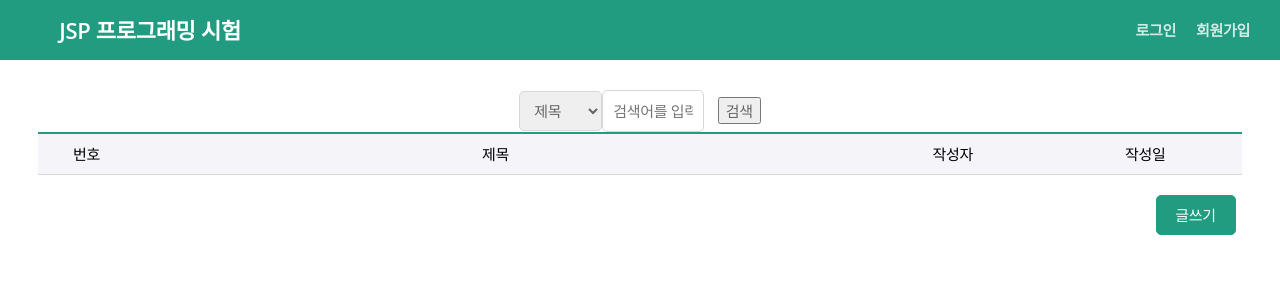
Repository: yujin149/noticeJSP
Page: http://localhost/BBS/bbs.jsp
The author's editor kept a copy of each file at every save. The page is drawn from the files as they stood at one save, then again after the next save.
The browser window is 1280 px wide. The pictures show the whole page.
Some web libraries are served in a nearby version. The page is served by Tomcat 9. Other server files are loaded and not shown. Queries for data that is not in the repository find no rows.

Above is the page before, as saved 2024-11-29 06:43:43.

### BBS/src/main/webapp/bbs.jsp
<%@ page language="java" contentType="text/html; charset=UTF-8"
	pageEncoding="UTF-8"%>
<%@ page import="java.io.PrintWriter"%>
<%@ page import="bbs.BbsDAO"%>
<%@ page import="bbs.Bbs"%>
<%@ page import="java.util.ArrayList"%><!-- 게시판 목록을 출력하기 위해 -->
<!DOCTYPE html>
<html>
<head>
<meta charset="UTF-8">
<meta name="viewport" content="width=device-width" , initial-scale="1">
<link rel="stylesheet" href="css/reset.css">
<link rel="stylesheet" href="css/font.css">
<link rel="stylesheet" href="css/style.css">
<title>JSP 프로그래밍 시험</title>


</head>
<body>
	<div class="bbsWrap">
		<%
		String userID = null;
		if (session.getAttribute("userID") != null) {
			userID = (String) session.getAttribute("userID");
		}

		int pageNumber = 1;
		if (request.getParameter("pageNumber") != null) {
			pageNumber = Integer.parseInt(request.getParameter("pageNumber"));
		}
		%>
		<nav class="navWrap">
			<h1>
				<a href="bbs.jsp">JSP 프로그래밍 시험</a>
			</h1>

			<%
			if (userID == null) {
			%>
			<ul class="userMenu">
				<li><a href="login.jsp">로그인</a></li>
				<li><a href="join.jsp">회원가입</a></li>
			</ul>
			<%
			} else {
			%>
			<ul class="userMenu">
				<li><a href="logoutAction.jsp">로그아웃</a></li>
			</ul>
			<%
			}
			%>
		</nav>

		<div class="container">

			<div class="searchWrap">
				<form action="searchAction.jsp" method="get">
					<select name="searchField">
						<option value="bbsTitle">제목</option>
						<option value="userID">작성자</option>
					</select>
					<div class="search">
						<input type="text" name="searchText" placeholder="검색어를 입력해주세요.">
						<button type="submit" class="btn">검색</button>
					</div>
				</form>
			</div>
			<div class="tableWrap">
				<table>
					<colgroup>
						<col style="width: 8%">
						<col style="width: *">
						<col style="width: 16%">
						<col style="width: 16%">
					</colgroup>
					<thead>
						<tr>
							<th>번호</th>
							<th>제목</th>
							<th>작성자</th>
							<th>작성일</th>

						</tr>
					</thead>
					<tbody>
						<%
						BbsDAO bbsDAO = new BbsDAO();
						ArrayList<Bbs> list = bbsDAO.getList(pageNumber);
						for (int i = 0; i < list.size(); i++) {
						%>
						<tr>
							<td><%=list.get(i).getBbsNum()%></td>
							<td style="text-align: left;"><a
								href="view.jsp?bbsID=<%=list.get(i).getBbsNum()%>"> <%=list.get(i).getBbsTitle().replaceAll(" ", "&nbsp;").replaceAll("<", "&lt;").replaceAll(">", "&gt;")
		.replaceAll("\n", "<br>")%></a></td>

							<td><%=list.get(i).getUserID()%></td>
							<td><%=list.get(i).getBbsDate().substring(0, 11)%></td>
						</tr>
						<%
						}
						%>
					</tbody>

				</table>

			</div>
			<div class="btnWrap">
				<div class="prevnextBtn">
					<%
					if (pageNumber != 1) {
					%>
					<a href="bbs.jsp?pageNumber=<%=pageNumber - 1%>"
						class="btn btn-success btn-arraw-left">이전</a>
					<%
					}
					if (bbsDAO.nextPage(pageNumber + 1)) {
					%>
					<a href="bbs.jsp?pageNumber=
				<%=pageNumber + 1%>"
						class="btn btn-success btn-arraw-left">다음</a>
					<%
					}
					%>
				</div>
				<a href="write.jsp" class="btn btn-primary pull-right green-btn">글쓰기</a>
			</div>
		</div>
	</div>

	<script src="http://code.jquery.com/jquery-3.1.1.min.js"></script>
</body>
</html>

### BBS/src/main/java/bbs/BbsDAO.java
package bbs;

import java.sql.Connection;
import java.sql.DriverManager;
import java.sql.PreparedStatement;
import java.sql.ResultSet;
import java.util.ArrayList;

public class BbsDAO {
	private Connection conn;
	private ResultSet rs;

	public BbsDAO()
	{
		try
		{
			String dbURL = "jdbc:mysql://localhost:3306/testjsp";

			String dbID = "root";
			String dbPassword = "1234";
			Class.forName("com.mysql.jdbc.Driver");

			conn = DriverManager.getConnection(dbURL, dbID, dbPassword);
		}catch(Exception e)
		{
			e.printStackTrace();
		}
	}

	// 게시판 글쓰기를 위한 함수
	public String getDate()
	{
		String SQL = "SELECT NOW()";
		try {
			PreparedStatement pstmt = conn.prepareStatement(SQL);
			rs = pstmt.executeQuery();

			if(rs.next()) {
				return rs.getString(1);
			}

		} catch(Exception e) {
			e.printStackTrace();
		}
		return "";
	}

	public int getNext() // 게시글 번호 입력 함수
	{
		String SQL = "SELECT bbsNum FROM BBS ORDER BY bbsNum DESC";
		try {
			PreparedStatement pstmt = conn.prepareStatement(SQL);
			rs = pstmt.executeQuery();

			if(rs.next()) {
				return rs.getInt(1) + 1;
			}
			return 1;

		} catch(Exception e) {
			e.printStackTrace();
		}
		return -1;
	}

	public int write(String bbsTitle, String userID, String bbsContent)
	{
		String SQL = "INSERT INTO BBS VALUES (?, ?, ?, ?, ?, ?)";

		try {
			PreparedStatement pstmt = conn.prepareStatement(SQL);
			pstmt.setInt(1, getNext());
			pstmt.setString(2, bbsTitle);
			pstmt.setString(3, userID);
			pstmt.setString(4, getDate());
			pstmt.setString(5, bbsContent);
			pstmt.setInt(6, 1);

			return pstmt.executeUpdate();

		} catch(Exception e) {
			e.printStackTrace();
		}
		return -1;
	}

	public ArrayList<Bbs> getList(int pageNumber)
	{
		String SQL = "SELECT * FROM BBS WHERE bbsNum < ?  AND bbsAvailable = 1 ORDER BY bbsNum DESC LIMIT 10";

		ArrayList<Bbs> list = new ArrayList<Bbs>();
		try {
			PreparedStatement pstmt = conn.prepareStatement(SQL);
			pstmt.setInt(1, getNext() - (pageNumber - 1) * 10);

			rs = pstmt.executeQuery();

			while(rs.next()) {
				Bbs bbs = new Bbs();
				bbs.setBbsNum(rs.getInt(1));
				bbs.setBbsTitle(rs.getString(2));
				bbs.setUserID(rs.getString(3));
				bbs.setBbsDate(rs.getString(4));
				bbs.setBbsContent(rs.getString(5));
				bbs.setBbsAvailable(rs.getInt(6));
			    list.add(bbs);
			}
		} catch(Exception e) {
			e.printStackTrace();
		}
		return list;
	}

	public boolean nextPage(int pageNumber)
	{
		String SQL = "SELECT * FROM BBS WHERE bbsNum < ?  AND bbsAvailable = 1 ORDER BY bbsNUm DESC LIMIT 10";

		try {
			PreparedStatement pstmt = conn.prepareStatement(SQL);
			pstmt.setInt(1, getNext() - (pageNumber - 1) * 10);

			rs = pstmt.executeQuery();

			if(rs.next()) {
				return true;
			}
		} catch(Exception e) {
			e.printStackTrace();
		}
		return false;
	}

	public Bbs getBbs(int bbsNum) {
		String SQL = "SELECT * FROM BBS WHERE bbsNum = ?";
		try {
			PreparedStatement pstmt = conn.prepareStatement(SQL);
	        pstmt.setInt(1, bbsNum);
	        rs = pstmt.executeQuery();

			if(rs.next()) {
	            Bbs bbs = new Bbs();
	            bbs.setBbsNum(rs.getInt(1));
	            bbs.setBbsTitle(rs.getString(2));
	            bbs.setUserID(rs.getString(3));
	            bbs.setBbsDate(rs.getString(4));
	            bbs.setBbsContent(rs.getString(5));
	            bbs.setBbsAvailable(rs.getInt(6));
	            return bbs;
	        }
		} catch(Exception e) {
	        e.printStackTrace();
	    }
		return null;
	}

	public int update(int bbsNum, String bbsTitle, String bbsContent) {
		String SQL = "UPDATE BBS SET bbsTitle = ?, bbsContent =? WHERE bbsNum = ?";
		try {
			PreparedStatement pstmt = conn.prepareStatement(SQL);
			pstmt.setString(1, bbsTitle);
			pstmt.setString(2, bbsContent);
			pstmt.setInt(3, bbsNum);
			return pstmt.executeUpdate();
		}catch(Exception e){
			e.printStackTrace();
		}
		return -1;
	}

	public int delete(int bbsNum) {
		String SQL = "UPDATE BBS SET bbsAvailable = 0 WHERE bbsNum = ?";
		try {
			PreparedStatement pstmt = conn.prepareStatement(SQL);
			pstmt.setInt(1, bbsNum);
			return pstmt.executeUpdate();
		}catch(Exception e){
			e.printStackTrace();
		}
		return -1;
	}


	public ArrayList<Bbs> getSearch(String searchField, String searchText) {
	    String SQL = "";
	    ArrayList<Bbs> list = new ArrayList<Bbs>();

	    try {
	        if(searchField.equals("bbsTitle")) {
	            SQL = "SELECT * FROM BBS WHERE bbsTitle LIKE ? AND bbsAvailable = 1 ORDER BY bbsNum DESC";
	        } else if(searchField.equals("userID")) {
	            SQL = "SELECT * FROM BBS WHERE userID LIKE ? AND bbsAvailable = 1 ORDER BY bbsNum DESC";
	        }

	        PreparedStatement pstmt = conn.prepareStatement(SQL);
	        pstmt.setString(1, "%" + searchText + "%");
	        rs = pstmt.executeQuery();

	        while(rs.next()) {
	            Bbs bbs = new Bbs();
	            bbs.setBbsNum(rs.getInt(1));
	            bbs.setBbsTitle(rs.getString(2));
	            bbs.setUserID(rs.getString(3));
	            bbs.setBbsDate(rs.getString(4));
	            bbs.setBbsContent(rs.getString(5));
	            bbs.setBbsAvailable(rs.getInt(6));
	            list.add(bbs);
	        }
	    } catch(Exception e) {
	        e.printStackTrace();
	    }
	    return list;
	}

}

### BBS/src/main/webapp/css/reset.css
@charset "UTF-8";

html, body, div, span, applet, object, iframe,
h1, h2, h3, h4, h5, h6, p, blockquote, pre,
a, abbr, acronym, address, big, cite, code,
del, dfn, em, img, ins, kbd, q, s, samp,
small, strike, strong, sub, sup, tt, var,
b, u, i, center,
dl, dt, dd, ol, ul, li,
fieldset, form, label, legend,
table, caption, tbody, tfoot, thead, tr, th, td,
article, aside, canvas, details, embed,
figure, figcaption, footer, header, hgroup,
menu, nav, output, ruby, section, summary,
time, mark, audio, video {
	margin: 0;
	padding: 0;
	border: 0;
	font-size: 100%;
	font: inherit;
	vertical-align: inherit;
	box-sizing:border-box;
	transition:all .3s;
}
/* HTML5 display-role reset for older browsers */
article, aside, details, figcaption, figure,
footer, header, hgroup, menu, nav, section {
	display: block;
}
body {
	line-height: 1;
}
ol, ul {
	list-style: none;
}
blockquote, q {
	quotes: none;
}
blockquote:before, blockquote:after,
q:before, q:after {
	content: '';
	content: none;
}
table {
	border-collapse: collapse;
	border-spacing: 0;
}

button,
input,
select,
textarea {
	font-family: inherit; /* 1 */
	font-size: 100%; /* 2 */
	margin: 0; /* 3 */
}

button,
input {
	line-height: normal;
}

button,
select {
	text-transform: none;
}

button,
html input[type="button"], /* 1 */
input[type="reset"],
input[type="submit"] {
	-webkit-appearance: button; /* 2 */
	cursor: pointer; /* 3 */
}

button[disabled],
html input[disabled] {
	cursor: default;
    background: #f5f5f5;
    color:#666;
}

input[type="checkbox"],
input[type="radio"] {
	box-sizing: border-box; /* 1 */
	padding: 0; /* 2 */
}

input[type="search"] {
	-webkit-appearance: textfield; /* 1 */
	-moz-box-sizing: content-box;
	-webkit-box-sizing: content-box; /* 2 */
	box-sizing: content-box;
}

input[type="search"]::-webkit-search-cancel-button,
input[type="search"]::-webkit-search-decoration {
	-webkit-appearance: none;
}

button::-moz-focus-inner,
input::-moz-focus-inner {
	border: 0;
	padding: 0;
}

textarea {
	overflow: auto; /* 1 */
	vertical-align: top; /* 2 */
}
a {text-decoration:none;}
address {font-style:normal;}

caption {display:none}

### BBS/src/main/webapp/css/font.css
@charset "UTF-8";

@font-face {
    font-family: "Noto Sans KR";
    src: url('https://fonts.googleapis.com/css2?family=Noto+Sans+KR:wght@100;300;400;500;700;900&display=swap');
         unicode-range: U+AC00-D7A3;
        }

@font-face {
    font-family: 'roboto';
    src: url('https://fonts.googleapis.com/css2?family=Roboto:wght@100;300;400;500;700;900&display=swap');
         unicode-range: U+0030-0039;
}


html, body, table, input, textarea, nav, button, div, p, span,
#main_wrap span, h1, h2, h3, h4, h6, tr, td, ol, ul, li, select, pre {
    font-size:15px;
    font-family:"Noto Sans KR","roboto","Open Sans",Malgun Gothic,"맑은 고딕",AppleGothic,Dotum,"돋움",sans-serif;
    color:#666;letter-spacing: -0.3px; font-weight: 400;
}


.notosanskr {
 font-family: 'Noto Sans KR', sans-serif;
}

.roboto {
 font-family: 'roboto', sans-serif;
}

### BBS/src/main/webapp/css/style.css
@charset "UTF-8";
.bbsWrap{width:100%; margin:0 auto;}
.navWrap{width:100%; height:60px; background:#219c80; display:flex;
justify-content: space-between; align-items: center;padding: 0 30px;}
.navWrap h1 a{color:#fff; font-size:22px; font-weight:600; display:flex;
justify-content: center; align-items: center; width:240px; height:60px;}

.navWrap .userMenu{display:flex; justify-content: flex-end; align-items: center;}
.navWrap .userMenu a{color:rgba(255,255,255,0.8); font-size:15px; padding:0 10px;
font-weight:600;}
.navWrap .userMenu li:last-child a{padding-right:0;}
.navWrap .userMenu li.active a{color:#fff;}
.navWrap .userMenu a:hover{color:#fff;}


.bbsWrap .container{width:94%; margin:30px auto 0;}
.bbsWrap .container .tableWrap{width:100%; border-top: 2px solid #219c80;
border-bottom: 1px solid #d7d7d7;}

.bbsWrap .container .tableWrap table{table-layout: fixed; border-collapse: collapse;
width:100%;}
.bbsWrap .container .tableWrap table tr th{display:table-cell; vertical-align:middle; padding:0 10px; background: #f4f4f9;
height: 40px; font-size: 15px; color:#000;}
.bbsWrap .container .tableWrap table tr td{display:table-cell; vertical-align:middle; padding:0 10px; font-size: 15px;
border-top: 1px solid #d7d7d7; line-height: 1.3; height: 50px; text-align: center; cursor:pointer;}

.bbsWrap .container .tableWrap table tr td a{color:#666; display:block;}

.bbsWrap .container .tableWrap table tr:hover td{background:#f4f4f9;}

.bbsWrap .container .tableWrap.writeTable table tr td{border-top:none; border-bottom:1px solid #d7d7d7; padding:0; cursor:auto;}
.bbsWrap .container .tableWrap.writeTable table tr:hover td, .bbsWrap .container .tableWrap.viewTable table tr:hover td{background:inherit;}
.bbsWrap .container .writeTable table tr td input{width:100%; height:100%; border:none; padding:0 20px; outline:none;}
.bbsWrap .container .writeTable table tr td textarea{width:100%; min-height:580px; border:none; padding:20px; outline:none;
resize:none;}

.bbsWrap .container .tableWrap.viewTable table tr th{height:50px;}
.bbsWrap .container .viewTable table tr td{cursor:auto;}
.bbsWrap .container .viewTable table tr td.tit {color:#000; background:#f4f4f9;}
.bbsWrap .container .viewTable table tr:hover td.tit {color:#000; background:#f4f4f9;}
.bbsWrap .container .viewTable table tr td.text {text-align:left;}
.bbsWrap .container .viewTable table tr td.textBox{padding:20px;}


.btnWrap{display:flex;justify-content: space-between; align-items: center; margin-top:20px;}
.btnWrap .prevnextBtn{display:flex;}
.btnWrap .btn{display:flex;justify-content: center;align-items: center;
width:50px; height:40px; background:#eee; border-radius:5px; border:1px solid #d7d7d7; color:#666; margin-right:6px;}
.btnWrap .btn:hover{background:#219c80; color:#fff; border-color:#219c80;}
.btnWrap .btn.green-btn{background:#219c80; color:#fff; width:80px; border-color:#219c80;}


/*로그인*/
.loginWrap{width:480px; margin:60px auto 0; background: #fff; box-shadow: 3px 3px 5px rgba(55, 55, 55, 0.1);
padding:60px;}
.loginWrap h2{font-size:28px; font-weight:600; text-align:center; color:#000; margin-bottom:40px;}
.loginWrap ul li{margin-bottom:10px;}
.loginWrap ul li input {width:100%; height:40px; border:1px solid #d7d7d7;
border-radius:5px; outline:none; padding:0 10px; box-sizing:border-box;}
.loginWrap .loginBtn{width:100%; background:#219c80; color:#fff; border-radius:5px;
border:1px solid #219c80; height:40px; font-size:16px; font-weight:600; height:45px;}

.loginWrap ul li input[type='radio'] {
  -webkit-appearance: none;-moz-appearance: none;appearance: none; width: 15px;
  height: 15px; border: 1px solid #d7d7d7; border-radius: 50%; outline: none;  cursor: pointer; padding:0;}
.loginWrap ul li input[type='radio']:checked { background: #219c80; border: 3px solid white; box-shadow: 0 0 0 1px #219c80;}

.loginWrap ul li.radioList{display:flex; justify-content: center; align-items:center; padding:10px 0;}
.loginWrap ul li.radioList label{display:flex; justify-content: flex-start; align-items:center; cursor:pointer;}
.loginWrap ul li.radioList label input{margin-right:5px;}
.loginWrap ul li.radioList label:first-child{margin-right:20px;}


/*검색조건*/
.searchWrap form{display:flex; justify-content: center; align-items: center;}
.searchWrap input, .searchWrap select{height:40px; border:1px solid #d7d7d7;
padding:0 10px; border-radius:5px;}
.searchWrap input{width:80px; margin-right:10px;}

After the next save:
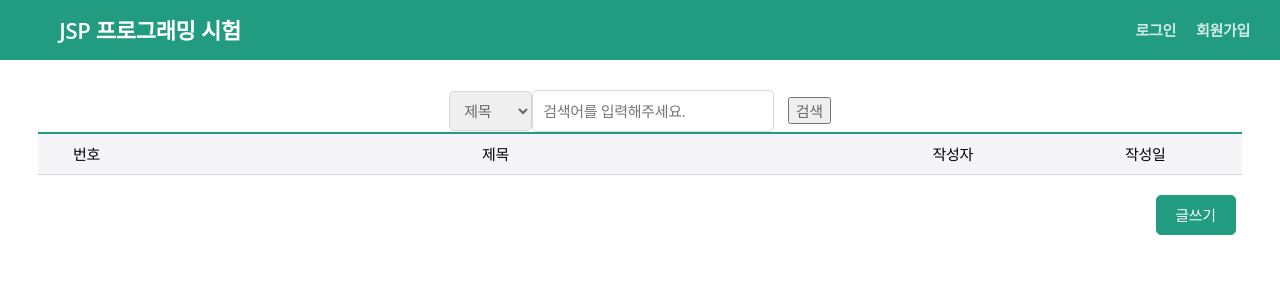
Saved 4 s later.
--- a/BBS/src/main/webapp/css/style.css
+++ b/BBS/src/main/webapp/css/style.css
@@ -75,4 +75,4 @@ border:1px solid #219c80; height:40px; font-size:16px; font-weight:600; height:4
 .searchWrap form{display:flex; justify-content: center; align-items: center;}
 .searchWrap input, .searchWrap select{height:40px; border:1px solid #d7d7d7;
 padding:0 10px; border-radius:5px;}
-.searchWrap input{width:80px; margin-right:10px;}
+.searchWrap input{width:220px; margin-right:10px;}
